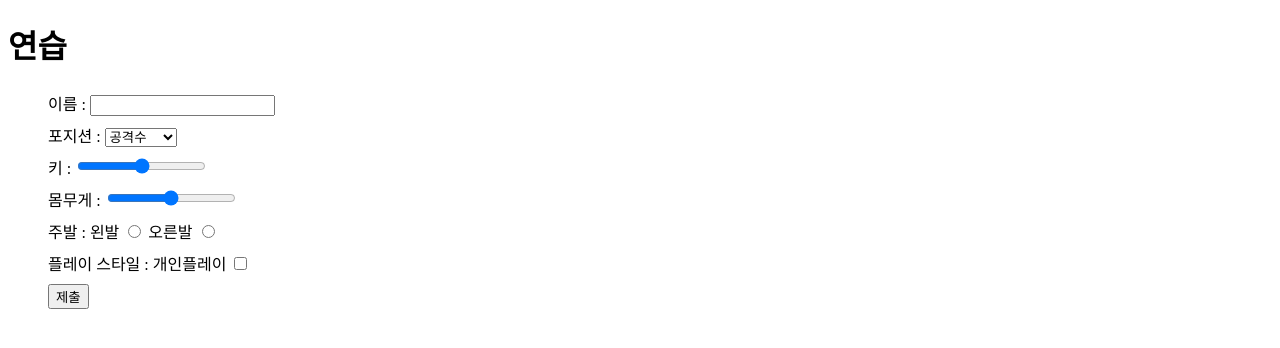
Repository: Simyoungdo04/dynamic-workspace
Page: FirstProject/src/main/webapp/views/practice.html
These files come from the project's save history. The page is drawn as it stood at one moment and after the next save; the edit follows.
The browser window is 1280 px wide. The pictures show the whole page.

Above is the page before, as saved 2026-05-04 08:45:03.

After the next save:
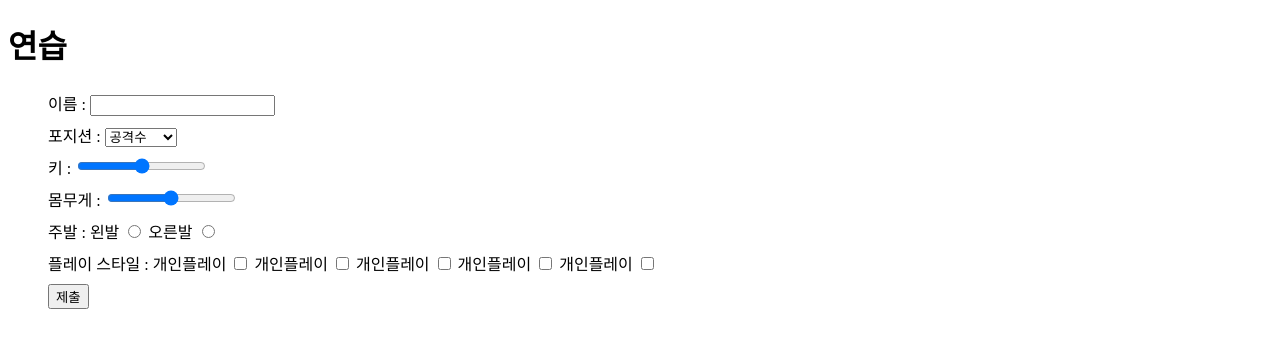
Saved 5 s later.
--- a/FirstProject/src/main/webapp/views/practice.html
+++ b/FirstProject/src/main/webapp/views/practice.html
@@ -39,6 +39,10 @@
 			<li>
 				플레이 스타일 :
 				개인플레이 <input type="checkbox" name="playStyle"/>
+				개인플레이 <input type="checkbox" name="playStyle"/>
+				개인플레이 <input type="checkbox" name="playStyle"/>
+				개인플레이 <input type="checkbox" name="playStyle"/>
+				개인플레이 <input type="checkbox" name="playStyle"/>
 			</li>
 			<li>
 
